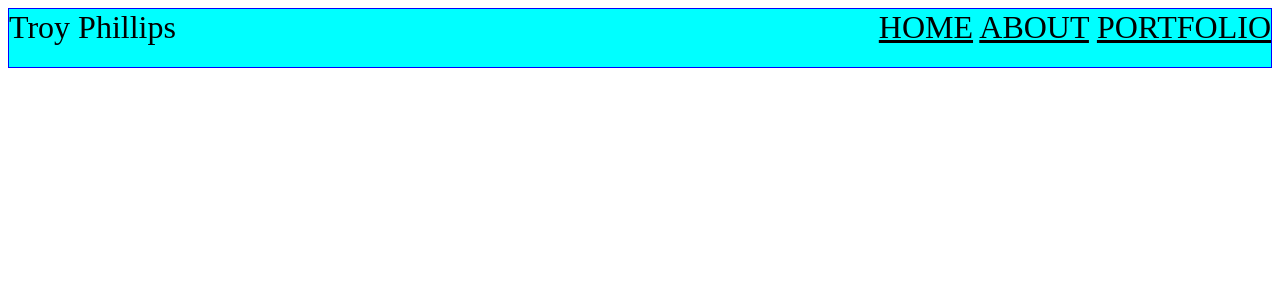
Repository: TheTroyPhillips/Personal-website
Page: index.html
An editor plug-in stored every save of this project. The page is shown before and after a run of saves, followed by the edit.
The browser window is 1280 px wide. The pictures show the whole page.

Above is the page before, as saved 2023-09-10 22:10:17.

After the next 2 saves:
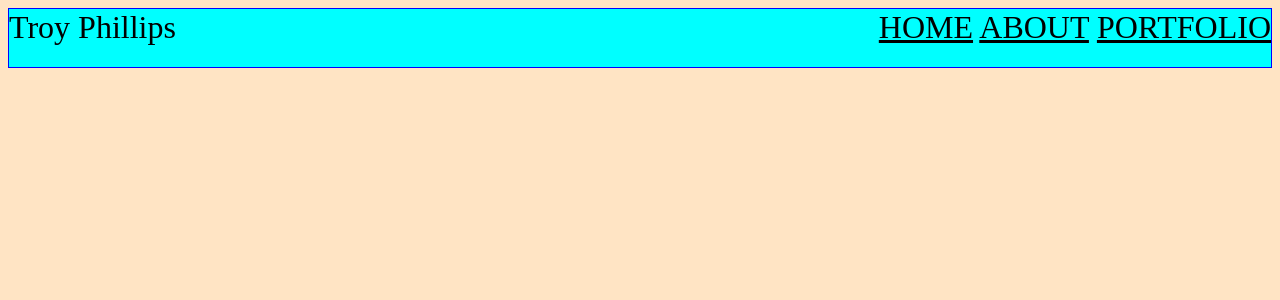
The 2 saves are shown as one change because they came seconds apart.
The last was saved 7 s later.
--- a/style.css
+++ b/style.css
@@ -20,4 +20,6 @@
 .pages a{
     color: inherit;
 }
-body
+body{
+    background-color: bisque;
+}
